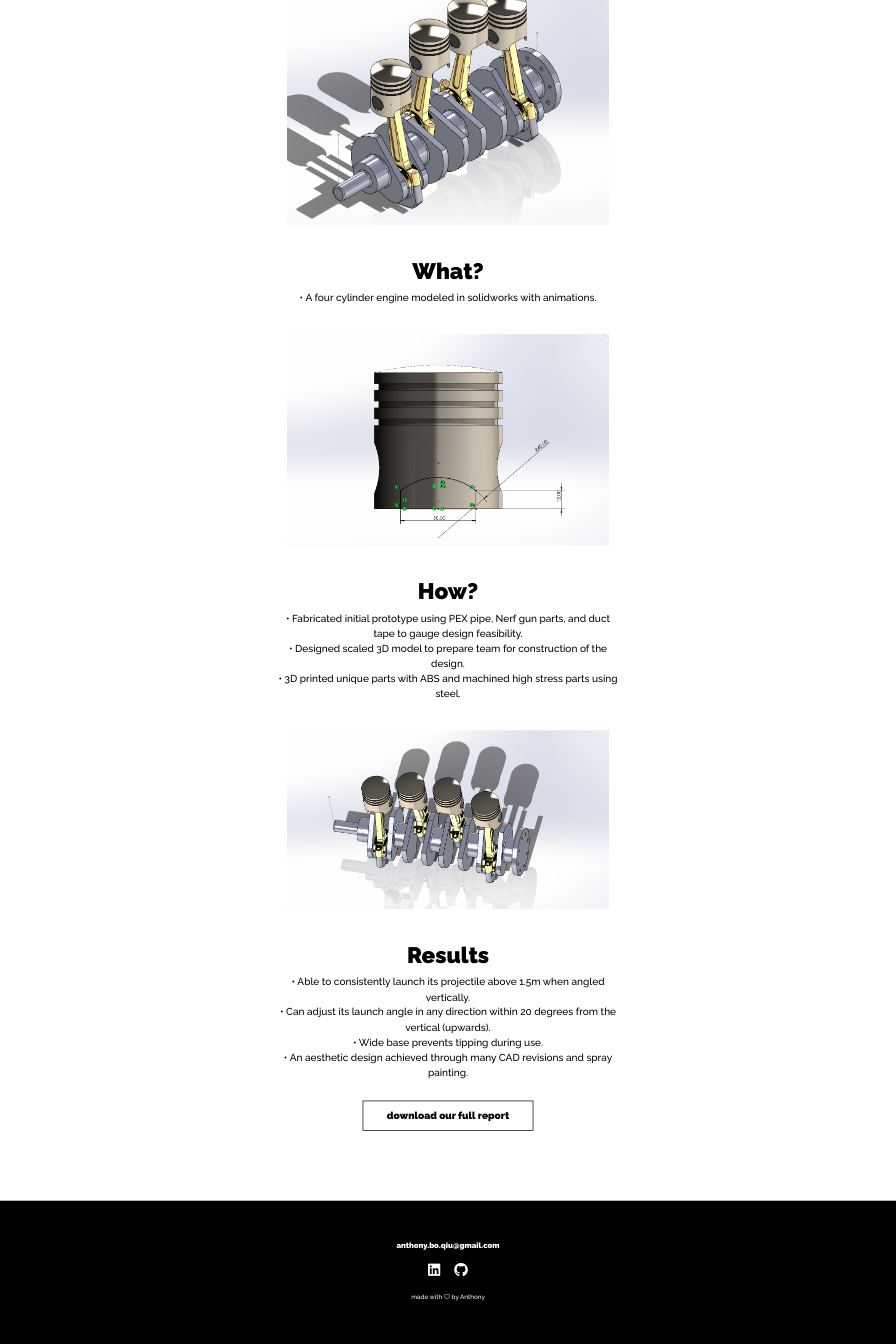
Repository: 7UM1N/anthonyq.github.io
Page: portfolio-item-four-cylinder-engine.html
These files come from the project's save history. The page is drawn as it stood at one moment and after the next save; the edit follows.
The browser window is 1280 px wide. The pictures show the part of the page from y = 886 to 2806 px (the page is 2806 px tall before and 2590 px after), at 70% of full size.

Above is the page before, as saved 2023-02-28 15:40:38.

### portfolio-item-four-cylinder-engine.html
<!DOCTYPE html>
<html lang="en">
    <head>
        <!-- Google tag (gtag.js) -->
        <script async src="https://www.googletagmanager.com/gtag/js?id=G-XFJFSFPP7C"></script>
        <script>
            window.dataLayer = window.dataLayer || [];
            function gtag(){dataLayer.push(arguments);}
            gtag('js', new Date());
            gtag('config', 'G-XFJFSFPP7C');
        </script>

        <meta charset="UTF-8">
        <meta name="viewport" content="width=device-width, initial-scale=1.0">
        <title>Anthony Qiu</title>
        <link rel="stylesheet" href="https://cdnjs.cloudflare.com/ajax/libs/normalize/8.0.1/normalize.min.css" integrity="sha512-NhSC1YmyruXifcj/KFRWoC561YpHpc5Jtzgvbuzx5VozKpWvQ+4nXhPdFgmx8xqexRcpAglTj9sIBWINXa8x5w==" crossorigin="anonymous" referrerpolicy="no-referrer" />
        <link rel="stylesheet" href="https://cdnjs.cloudflare.com/ajax/libs/font-awesome/6.2.1/css/all.min.css" integrity="sha512-MV7K8+y+gLIBoVD59lQIYicR65iaqukzvf/nwasF0nqhPay5w/9lJmVM2hMDcnK1OnMGCdVK+iQrJ7lzPJQd1w==" crossorigin="anonymous" referrerpolicy="no-referrer" />
        <link rel="stylesheet" href="css/style.css">
        <link rel="preconnect" href="https://fonts.googleapis.com">
        <link rel="preconnect" href="https://fonts.gstatic.com" crossorigin>
        <link href="https://fonts.googleapis.com/css2?family=Raleway:ital,wght@0,100;0,200;0,300;0,400;0,500;0,600;0,700;0,800;0,900;1,100;1,200;1,300;1,400;1,500;1,600;1,700;1,800;1,900&display=swap" rel="stylesheet">
    </head>
    <body>

        <!-- header -->
        <section class="sub-header sub-header-four-cylinder-engine">
            <nav>
                <a class="logo" href="index.html">
                    <strong>ANTHONY</strong> QIU
                </a>
                <div class="nav-links" id="navLinks">
                    <ul>
                        <i class="fa-solid fa-xmark" onclick="hideMenu()"></i>
                        <li><a href="index.html" >HOME</a></li>
                        <li><a href="index.html#projects">PROJECTS</a></li>
                        <li><a href="contact.html">CONTACT</a></li>
                    </ul>
                </div>
                <i class="fa-solid fa-bars" onclick="showMenu()"></i>
            </nav>
            <div class="text-box">
                <h1>Four Cylinder Engine</h1>
                <p>
                    4 cylinder engine 3D modeled in solidworks
                </p>
            </div>
            <div class="scroll">
                <p>S C R O L L<br><i class="fa-solid fa-sort-down"></i></p>
            </div>
        </section>

        <!-- content -->
        <section class="portfolio-item-section">
            <img src="img/four-cylinder-engine/what.png">
            <h2>What?</h2>
            <p>
                •	A four cylinder engine modeled in solidworks with animations.<br>
            </p>

            <img src="img/four-cylinder-engine/how.png">
            <h2>How?</h2>
            <p>
                •	Fabricated initial prototype using PEX pipe, Nerf gun parts, and duct tape to gauge design feasibility.<br>
                •	Designed scaled 3D model to prepare team for construction of the design.<br>
                •	3D printed unique parts with ABS and machined high stress parts using steel.
            </p>

            <img src="img/four-cylinder-engine/results.png">
            <h2>Results</h2>
            <p>
                •	Able to consistently launch its projectile above 1.5m when angled vertically.<br>
                •	Can adjust its launch angle in any direction within 20 degrees from the vertical (upwards).<br>
                •	Wide base prevents tipping during use.<br>
                •	An aesthetic design achieved through many CAD revisions and spray painting.
            </p>
            <a href="Toy_Design_Report_-_Launcho.pdf" download class="hero-btn inverse-btn"><strong>download our full report</strong></a>
        </section>

        <!-- footer -->
        <footer class="footer">
            <a href="mailto:anthony.bo.qiu@gmail.com" class="email">anthony.bo.qiu@gmail.com</a>
            <ul class="socials">
                <li class="socials-item">
                    <a class="social-item-link" href="https://www.linkedin.com/in/anthonyboqiu">
                        <i class="fa-brands fa-linkedin"></i>
                    </a>
                </li>
                <li class="socials-item">
                    <a class="social-item-link" href="https://github.com/anthonyqiu">
                        <i class="fa-brands fa-github"></i>
                    </a>
                </li>
            </ul>
            <P class="love">made with <i class="fa-regular fa-heart"></i> by Anthony</p>
        </footer>

        <!-- javascript-->
        <script src="js/index.js"></script>
    </body>
</html>

### css/style.css
/*custom properties*/
:root {
    --ff-primary: 'Raleway', sans-serif;
    --ff-secondary: 'Raleway', sans-serif;

    --fw-reg: 500;
    --fw-bold: 850;

    --clr-light: #fff;
    --clr-dark: #000000;
    --clr-accent: #e281ff;

    --fs-h1: 3rem;
    --fs-h2: 2rem;
    --fs-h3: 1.25rem;
    --fs-h4: 1.05rem;
    --fs-body: 0.9rem;

    --bs: 0.25em 0.25em 0.75em rgba(0, 0, 0, .25), 0.125em 0.125em 0.25em rgba(0, 0, 0, .15);
}

* {
    margin: 0;
    padding: 0;
    font-family: var(--ff-primary);
}

/* typography */
h1,
h2,
h3 {
    line-height: 1.1;
}

h1, h2, h3, h4 {
    font-weight: var(--fw-bold);
}

h1 {font-size: var(--fs-h1)}
h2 {font-size: var(--fs-h2)}
h3 {
    font-size: var(--fs-h3);
    font-weight: 800;
}
h4 {
    font-size: var(--fs-h4);
}

p {
    font-size: var(--fs-body);
    font-weight: var(--fw-reg);
    line-height: 150%;
    padding: 10px;
}

a:link {
    text-decoration: none;
}

a:visited {
    text-decoration: none;
}

a:hover {
    text-decoration: none;
}

a:active {
    text-decoration: none;
}

strong {font-weight: var(--fw-bold);}

/*header*/
header {
    min-height: 100vh;
    width: 100%;
    background-image: linear-gradient(rgba(4, 9, 30, 0.85), rgba(4, 9, 30, 0.85)), url(../img/blueprint.jpeg);
    background-position: center;
    background-size: cover;
    position: relative;
}

header img {
    max-width: 20vh;
    border-radius: 1%;
}

nav {
    display: flex;
    padding: 2% 6%;
    justify-content: space-between;
    align-items: center;
}

.logo {
    color: var(--clr-light);
    text-decoration: none;
    font-size: var(--fs-h2);
}

.nav-links {
    flex: 1;
    text-align: right;
}

.nav-links ul li {
    list-style: none;
    display: inline-block;
    padding: 8px 12px;
    position: relative;
}

.nav-links ul li a {
    color: var(--clr-light);
    text-decoration: none;
    font-size: var(--fs-body);
}

.nav-links ul li::after {
    content: '';
    width: 0%;
    height: 2px;
    background: var(--clr-light);
    display: block;
    margin: auto;
    transition: 0.5s;
}

.nav-links ul li:hover::after {
    width: 100%;
}

.text-box {
    width: 50%;
    color: var(--clr-light);
    position: absolute;
    top: 50%;
    left: 50%;
    transform: translate(-50%, -50%);
    text-align: center;
}

.text-box p {
    margin: 10px 0 40px;
    color: var(--clr-light);
}

.hero-btn {
    color: var(--clr-light);
    border: 1px solid var(--clr-light);
    display: inline-block;
    text-decoration: none;
    padding: 12px 34px;
    font-size: var(--fs-body);
    background: transparent;
    position: relative;
    cursor: pointer;
    margin-top: 20px;;
}

.hero-btn:hover {
    background: var(--clr-light);
    color: var(--clr-dark);
    transition: 1s;
}

.inverse-btn {
    color: var(--clr-dark);
    border: 1px solid var(--clr-dark);
}

.inverse-btn:hover {
    color: var(--clr-light);
    background: var(--clr-dark);
}

nav .fa-solid {
    display: none;
}

.scroll {
    color: var(--clr-light);
    text-align: center;
    position: absolute;
    top: 96%;
    left: 50%;
    transform: translate(-50%, -50%);
}

/*projects*/

.projects {
    width: 80%;
    margin: auto;
    text-align: center;
    padding-top: 100px;
    padding-bottom: 100px;
}

.projects p {
    color: var(--clr-dark);
}

.projects img {
    width: 12rem;
    height: 18rem;
    border-radius: 10px;
}

.portfolio {
    display: flex;
    flex-wrap: wrap;
    gap: 1.5rem;

    margin: auto;
    align-items: center;
    justify-content: center;
    margin-top: 3rem;
}

.portfolio-item {
    background-position: center;
    background-size: cover;
    position: relative;

    color: var(--clr-light);
    width: 350px;
    height: 500px;
    flex-shrink: 0;
    border-radius: 10px;
    box-sizing: border-box;
    transition: 0.5s;

    display: flex;
    justify-content: center;
    align-items: center;
    flex-direction: column;
}

.portfolio-item h3 {
    color: var(--clr-light);
    width: 150px;
    height: 150px;
    border-style: solid;
    border-width: 0.3rem;
    border-color: var(--clr-light);
    border-radius: 50%;

    position: relative;
    display: flex;
    justify-content: center;
    align-items: center;
    margin: auto;
}

.portfolio-item p {
    color: var(--clr-light);

    display: flex;
    justify-content: center;
    align-items: center;
    margin: auto;
    opacity: 0%;
    transition: 1s;
}

.break-caliper-arm {
    background-image: linear-gradient(rgba(4, 9, 30, 0.5), rgba(4, 9, 30, 0.5)), url(../img/break-caliper-arm/banner.png);
}
.impeller {
    background-image: linear-gradient(rgba(4, 9, 30, 0.5), rgba(4, 9, 30, 0.5)), url(../img/impeller/banner.png);
}
.nerfv2 {
    background-image: linear-gradient(rgba(4, 9, 30, 0.5), rgba(4, 9, 30, 0.5)), url(../img/coming-soon.webp);
}
.launcho {
    background-image: linear-gradient(rgba(4, 9, 30, 0.5), rgba(4, 9, 30, 0.5)), url(../img/launcho/launcho-card.jpg);
}
.codebreaker {
    background-image: linear-gradient(rgba(4, 9, 30, 0.5), rgba(4, 9, 30, 0.5)), url(../img/codebreaker/codebreaker-card.jpg);
}
.saitama {
    background-image: linear-gradient(rgba(4, 9, 30, 0.5), rgba(4, 9, 30, 0.5)), url(../img/saitama/saitama-banner.webp);
}
.this-website {
    background-image: linear-gradient(rgba(4, 9, 30, 0.5), rgba(4, 9, 30, 0.5)), url(../img/this-website/this-website-card.jpeg);
}

.portfolio-item h3 {
    vertical-align: middle;
}
.portfolio-item:hover {
    box-shadow: 0 0 20px 0px rgba(0, 0, 0, 0.80);
    filter: brightness(90%);
}

.portfolio-item:hover p {
    opacity: 100%;
}

.portfolio-item-text {
    position: absolute;
    top: 0;
}

/* footer */
.footer {
    background: var(--clr-dark);
    color: var(--clr-light);
    text-align: center;
    padding: 2.5em 0;
    font-size: var(--fs-h3);
    font-family: var(--ff-secondary);
}

.footer a {
    color: inherit;
    text-decoration: none;
}

.email {
    font-weight: var(--fw-bold);
    font-size: 11px;
}

.email:hover,
.social-item-link:hover {
    transform: scale(2);
    opacity: .5;
}

.email,
.social-item-link {
    transition:
        transform 750ms cubic-bezier(.5, 0, .5, 1),
        opacity 250ms linear;
}

.socials {
    list-style: none;
    display: flex;
    justify-content: center;
    margin: 0.25em 0 0;
    padding: 0;
}

.socials-item {
    margin: - .5em;
}

.socials-item {
    padding: .5em;
}

.love {
    font-size: 9px;
}

.fa-heart {
    color: var(--clr-accent);
}

/* sub header */
.sub-header {
    height: 100vh;
    width: 100%;
    background-image: linear-gradient(rgba(4, 9, 30, 0.7), rgba(4, 9, 30, 0.7)), url(../img/launcho/launcho-card.jpg);
    background-position: center;
    background-size: cover;
    text-align: center;
    margin: auto;
    position: relative;
}
.sub-header-contact {background-image: linear-gradient(rgba(4, 9, 30, 0.85), rgba(4, 9, 30, 0.85)), url(../img/blueprint.jpeg);}
.sub-header-break-caliper-arm {background-image: linear-gradient(rgba(4, 9, 30, 0.7), rgba(4, 9, 30, 0.7)), url(../img/break-caliper-arm/banner.png);}
.sub-header-impeller {background-image: linear-gradient(rgba(4, 9, 30, 0.7), rgba(4, 9, 30, 0.7)), url(../img/impeller/banner.png);}
.sub-header-nerfv2 {background-image: linear-gradient(rgba(4, 9, 30, 0.7), rgba(4, 9, 30, 0.7)), url(../img/coming-soon.webp);}
.sub-header-launcho {background-image: linear-gradient(rgba(4, 9, 30, 0.7), rgba(4, 9, 30, 0.7)), url(../img/launcho/launcho-card.jpg);}
.sub-header-codebreaker {background-image: linear-gradient(rgba(4, 9, 30, 0.7), rgba(4, 9, 30, 0.7)), url(../img/codebreaker/codebreaker-banner.jpg);}
.sub-header-saitama {background-image: linear-gradient(rgba(4, 9, 30, 0.7), rgba(4, 9, 30, 0.7)), url(../img/saitama/saitama-banner.webp);}
.sub-header-this-website {background-image: linear-gradient(rgba(4, 9, 30, 0.7), rgba(4, 9, 30, 0.7)), url(../img/this-website/this-website-card.jpeg);}

.sub-header .text-box {
    border-style: solid;
    border-width: 0.25rem;
    border-color: var(--clr-light);
}

.portfolio-item-section {
    text-align: center;
    padding-top: 100px;
    padding-bottom: 100px;
    width: 40%;

    position: relative;
    display: flex;
    justify-content: center;
    align-items: center;
    margin: auto;
    flex-direction: column;
}

.portfolio-item-section p {
    color: var(--clr-dark);
}

.portfolio-item-section img {
    max-width: 90%;
    max-height: 50vh;
    padding: 2rem;
}

.portfolio-item-section h2,
.portfolio-item-section h3 {
    margin-top: 1rem;
}

.contact {
    padding: 50px;
    width: 40%;
    margin: auto;
    text-align: center;
}

.contact input,
.contact textarea {
    width: 100%;
    padding: 15px;
    margin-bottom: 17px;
    outline: none;
    border: 1px solid var(--clr-dark);
    box-sizing: border-box;
}

/*smaller screens*/
@media(max-width: 800px) {
    .nav-links ul li {
        display: block;
    }

    .nav-links {
        position: fixed;
        background: var(--clr-dark);
        height: 100vh;
        width: 200px;
        top: 0;
        right: -200px;
        text-align: left;
        z-index: 2;
        transition: 1s;
    }

    nav .fa-solid {
        display: block;
        color: var(--clr-light);
        margin: 10px;
        font-size: var(--fs-h3);
        cursor: pointer;
    }

    .text-box {
        width: 90%;
    }

    header img {
        max-width: 10vh;
        border-radius: 3%;
    }

    .portfolio-item-section {
        width: 90%;
    }

    .contact {
        width: 70%;
    }
}

### js/index.js
//toggle menu
var navLinks = document.getElementById("navLinks");

function showMenu(){
    navLinks.style.right = "0";
}

function hideMenu(){
    navLinks.style.right = "-200px";
}

After the next save:
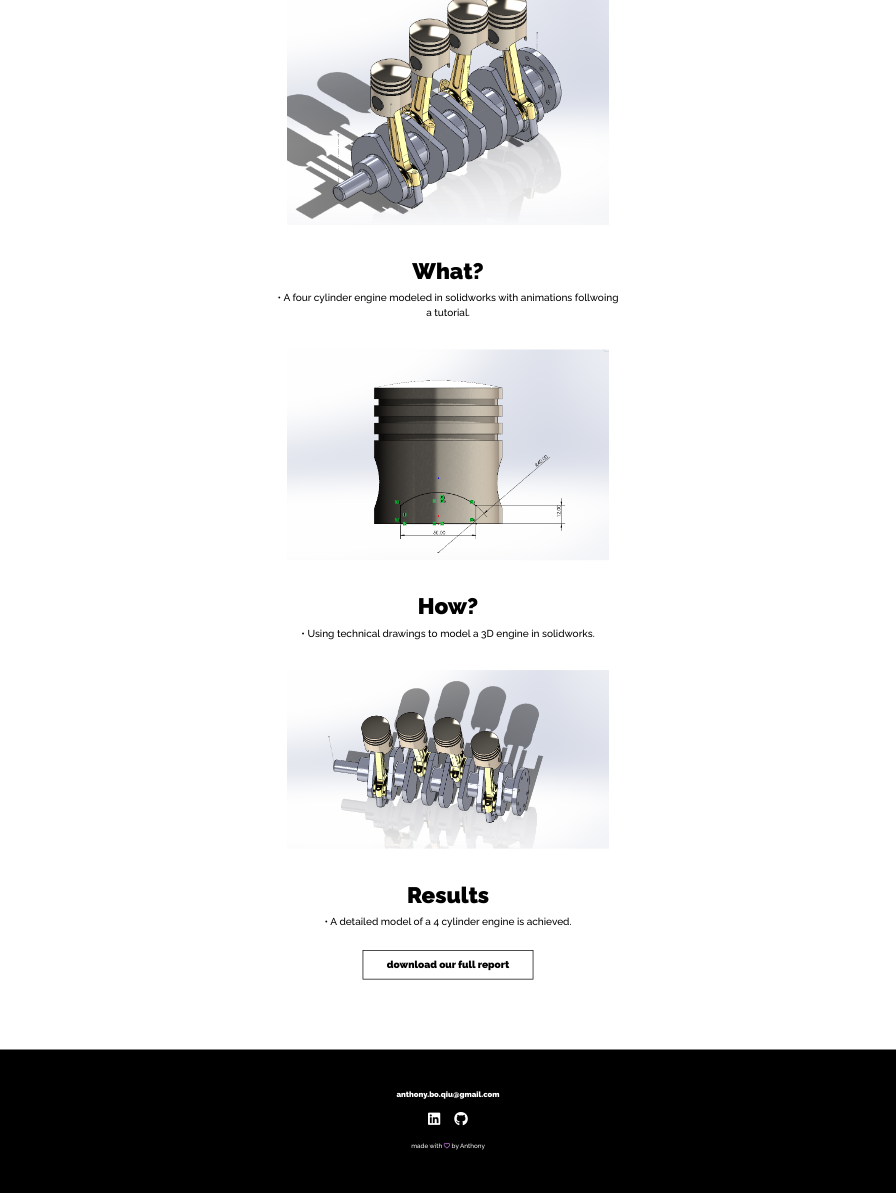
Saved 3 min 58 s later.
--- a/portfolio-item-four-cylinder-engine.html
+++ b/portfolio-item-four-cylinder-engine.html
@@ -54,24 +54,19 @@
             <img src="img/four-cylinder-engine/what.png">
             <h2>What?</h2>
             <p>
-                •	A four cylinder engine modeled in solidworks with animations.<br>
+                •	A four cylinder engine modeled in solidworks with animations follwoing a tutorial.
             </p>
 
             <img src="img/four-cylinder-engine/how.png">
             <h2>How?</h2>
             <p>
-                •	Fabricated initial prototype using PEX pipe, Nerf gun parts, and duct tape to gauge design feasibility.<br>
-                •	Designed scaled 3D model to prepare team for construction of the design.<br>
-                •	3D printed unique parts with ABS and machined high stress parts using steel.
+                •	Using technical drawings to model a 3D engine in solidworks.
             </p>
 
             <img src="img/four-cylinder-engine/results.png">
             <h2>Results</h2>
             <p>
-                •	Able to consistently launch its projectile above 1.5m when angled vertically.<br>
-                •	Can adjust its launch angle in any direction within 20 degrees from the vertical (upwards).<br>
-                •	Wide base prevents tipping during use.<br>
-                •	An aesthetic design achieved through many CAD revisions and spray painting.
+                •	A detailed model of a 4 cylinder engine is achieved.
             </p>
             <a href="Toy_Design_Report_-_Launcho.pdf" download class="hero-btn inverse-btn"><strong>download our full report</strong></a>
         </section>
